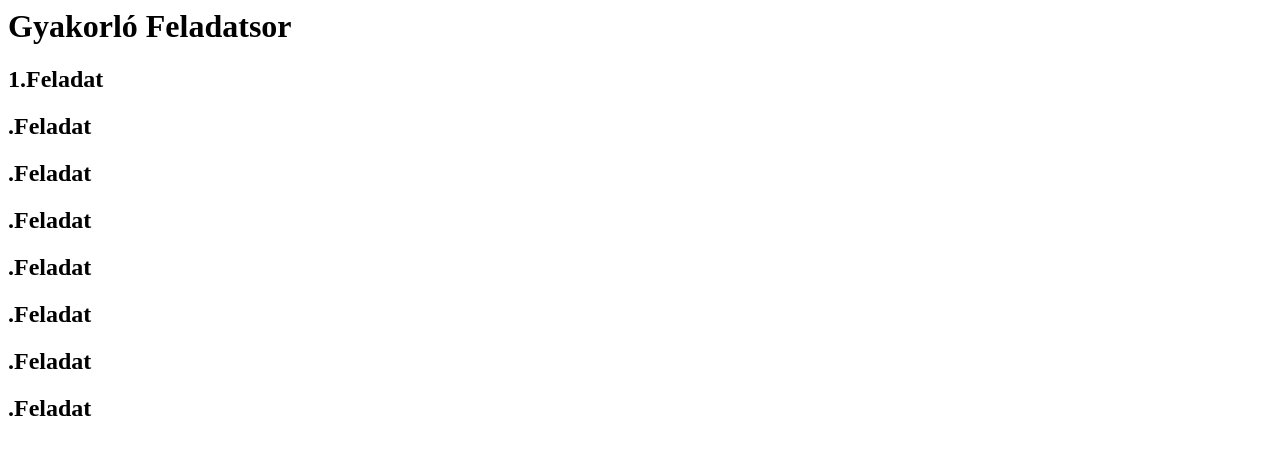
Repository: doomhyena/htdocs
Page: http://localhost/00.Home/03.harmadik.php
An editor plug-in stored every save of this project. The page is shown before and after the next save, followed by the edit.
The browser window is 1280 px wide. The pictures show the whole page.
The page is run by PHP 8.4 with error messages shown; the project is at /var/www/html/.

Above is the page before, as saved 2024-09-21 09:16:37.

### 00.Home/03.harmadik.php
<?php

echo "<h1>Gyakorló Feladatsor</h1>";
/*

1. Feladat

    Feladat: Hozz létre két változót, $a = 15 és $b = 30.
        Ha az $a kisebb, mint $b, írasd ki, hogy "$a kisebb, mint $b".
        Ha $a nagyobb, mint $b, írasd ki, hogy "$a nagyobb, mint $b".
        Ha a két szám egyenlő, írasd ki, hogy "$a és $b egyenlő".

*/

echo "<h2>1.Feladat</h2>";
echo "<h2>.Feladat</h2>";
echo "<h2>.Feladat</h2>";
echo "<h2>.Feladat</h2>";
echo "<h2>.Feladat</h2>";
echo "<h2>.Feladat</h2>";
echo "<h2>.Feladat</h2>";
echo "<h2>.Feladat</h2>";

After the next save:
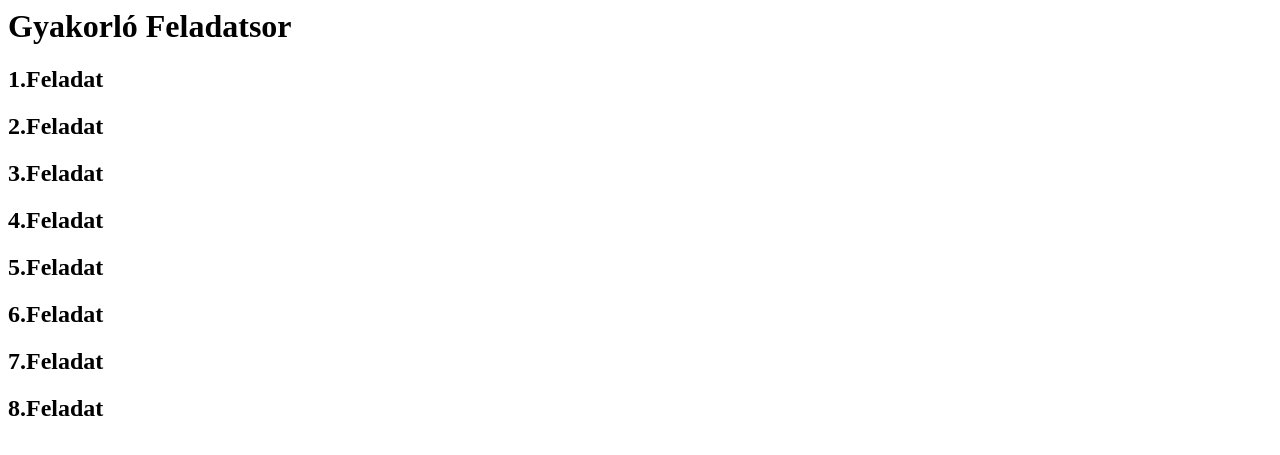
Saved 17 s later.
--- a/00.Home/03.harmadik.php
+++ b/00.Home/03.harmadik.php
@@ -13,10 +13,10 @@ echo "<h1>Gyakorló Feladatsor</h1>";
 */
 
 echo "<h2>1.Feladat</h2>";
-echo "<h2>.Feladat</h2>";
-echo "<h2>.Feladat</h2>";
-echo "<h2>.Feladat</h2>";
-echo "<h2>.Feladat</h2>";
-echo "<h2>.Feladat</h2>";
-echo "<h2>.Feladat</h2>";
-echo "<h2>.Feladat</h2>";
+echo "<h2>2.Feladat</h2>";
+echo "<h2>3.Feladat</h2>";
+echo "<h2>4.Feladat</h2>";
+echo "<h2>5.Feladat</h2>";
+echo "<h2>6.Feladat</h2>";
+echo "<h2>7.Feladat</h2>";
+echo "<h2>8.Feladat</h2>";
